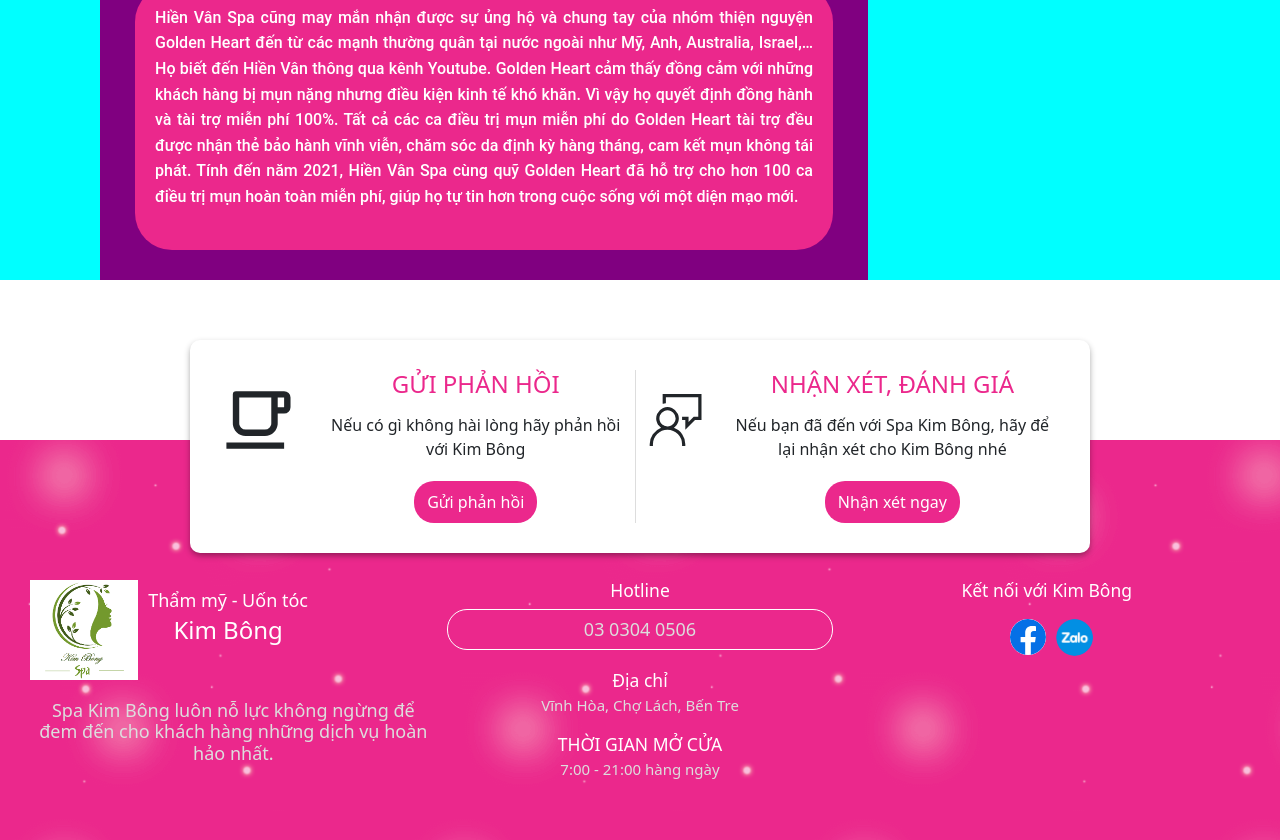
Repository: tranduykhuong/SpaKimBong
Page: /about
The author's editor kept a copy of each file at every save. The page is drawn from the files as they stood at one save, then again after the next save.
The browser window is 1280 px wide. The pictures show the part of the page from y = 1100 to 2052 px (the page is 1940 px tall before and 2179 px after).
The project was rebuilt for these pictures with package versions that can differ from the ones it lists, and the page was loaded fresh each time. Also part of the build but not shown: src/components/Header/Slider/slider.scss, src/components/Header/Slider/Slider.js, src/components/Header/ListImage/listImage.scss, src/components/Header/ListImage/ListImage.js, src/pages/Home/home.scss, src/pages/Home/ListImage/listImage.scss, src/pages/Home/ListImage/ListImage.js, src/pages/Home/BookOnline/bookOnl.scss and 6 more.

Above is the page before, as saved 2022-06-02 22:37:23.

After the next save:
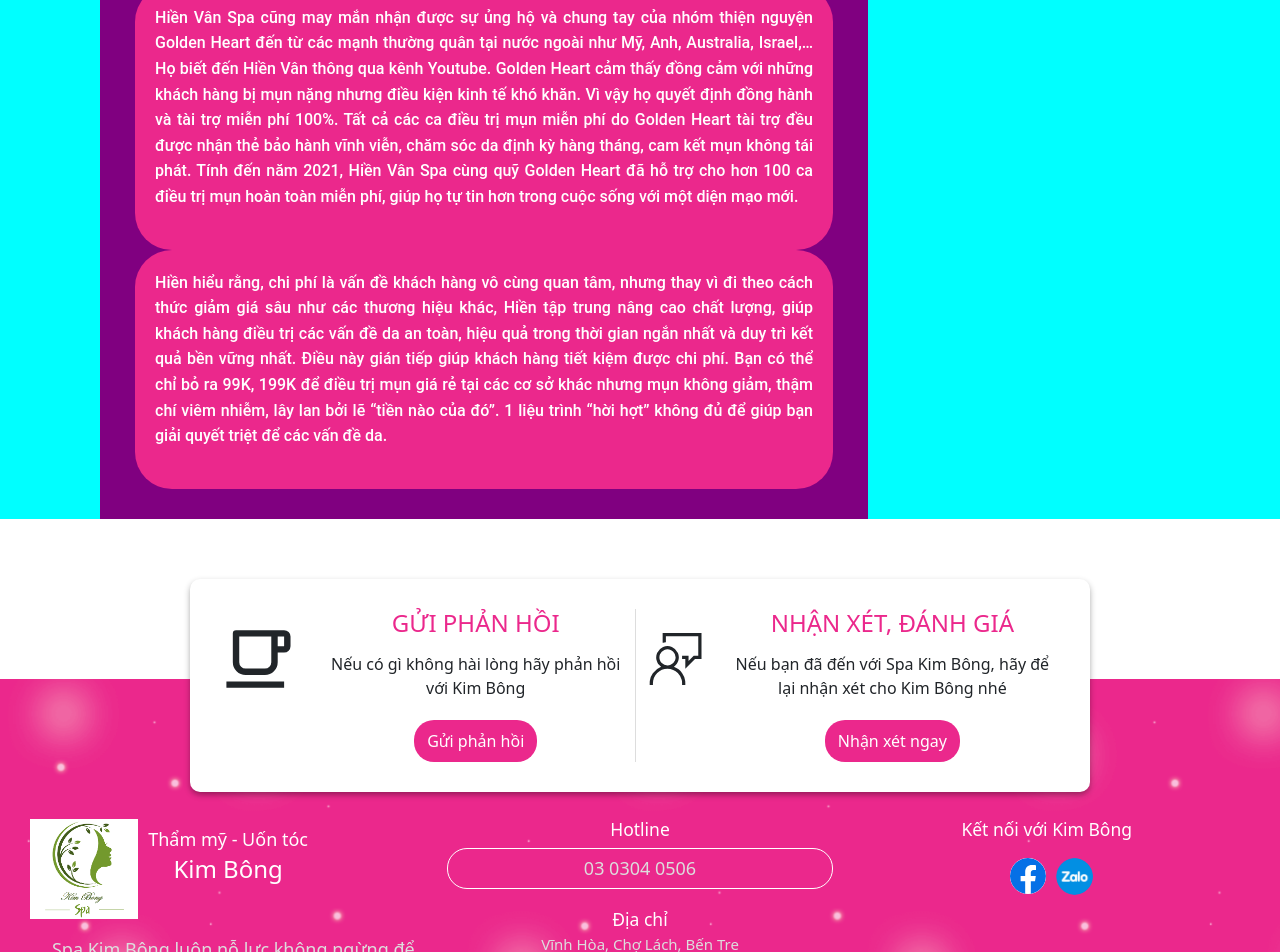
Saved 61 s later.
--- a/src/pages/About/About.js
+++ b/src/pages/About/About.js
@@ -52,6 +52,23 @@ const About = () => {
                   </p>
                 </div>
               </div>
+
+              <div className="box-content">
+                <div className="content">
+                  <p>
+                    Hiền hiểu rằng, chi phí là vấn đề khách hàng vô cùng quan
+                    tâm, nhưng thay vì đi theo cách thức giảm giá sâu như các
+                    thương hiệu khác, Hiền tập trung nâng cao chất lượng, giúp
+                    khách hàng điều trị các vấn đề da an toàn, hiệu quả trong
+                    thời gian ngắn nhất và duy trì kết quả bền vững nhất. Điều
+                    này gián tiếp giúp khách hàng tiết kiệm được chi phí. Bạn có
+                    thể chỉ bỏ ra 99K, 199K để điều trị mụn giá rẻ tại các cơ sở
+                    khác nhưng mụn không giảm, thậm chí viêm nhiễm, lây lan bởi
+                    lẽ “tiền nào của đó”. 1 liệu trình “hời hợt” không đủ để
+                    giúp bạn giải quyết triệt để các vấn đề da.
+                  </p>
+                </div>
+              </div>
             </div>
           </div>
           <div className="image-right"></div>
